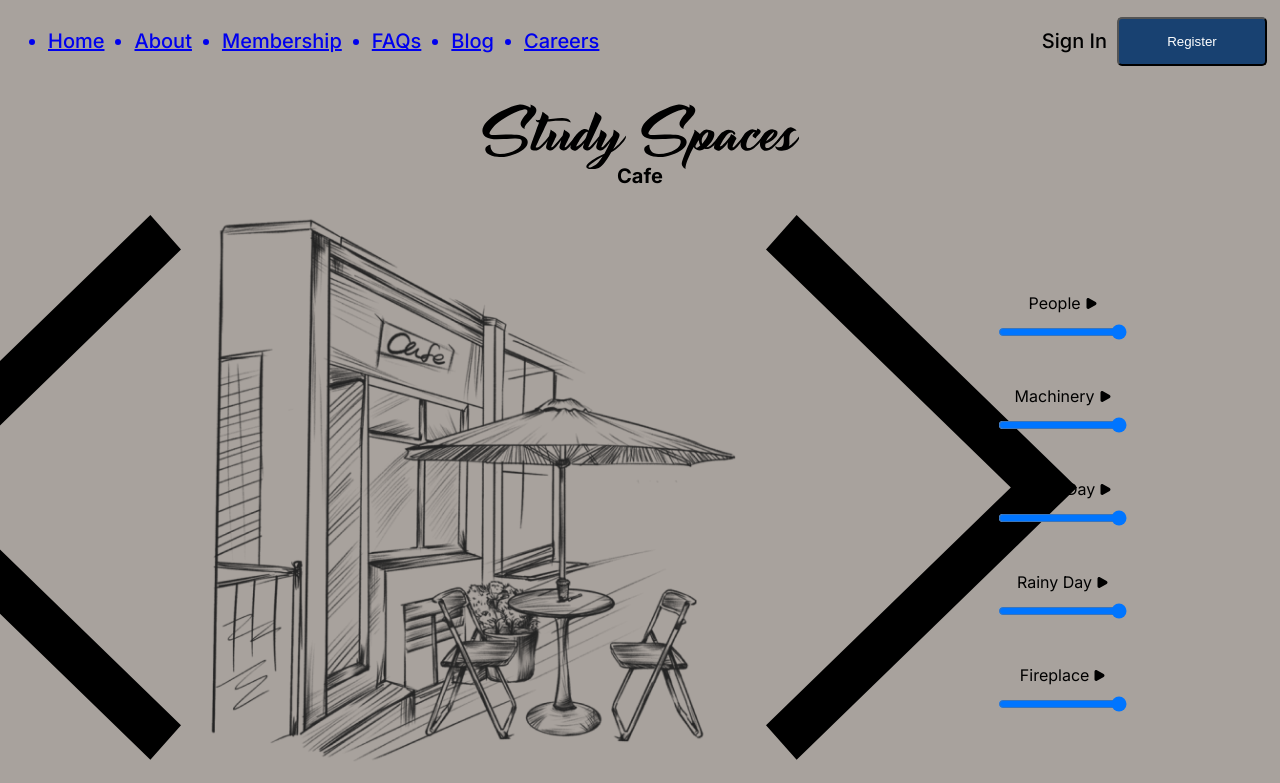
Repository: kaitlynlie/studyspaces
Page: / (app in studyspaces/)
These files come from the project's save history. The page is drawn as it stood at one moment and after the next save; the edit follows.
The browser window is 1280 px wide. The pictures show the whole page.
The project was rebuilt for these pictures with package versions that can differ from the ones it lists, and the page was loaded fresh each time. Also part of the build but not shown: studyspaces/vite.config.ts. Imported but missing from the stored project, and not drawn on this page: studyspaces/src/audio/fireplace.wav, studyspaces/src/audio/people.wav, studyspaces/src/audio/rain.wav, studyspaces/src/audio/softmachinery.mp3, studyspaces/src/audio/sun.wav.

Above is the page before, as saved 2023-09-28 10:50:10.

After the next save:
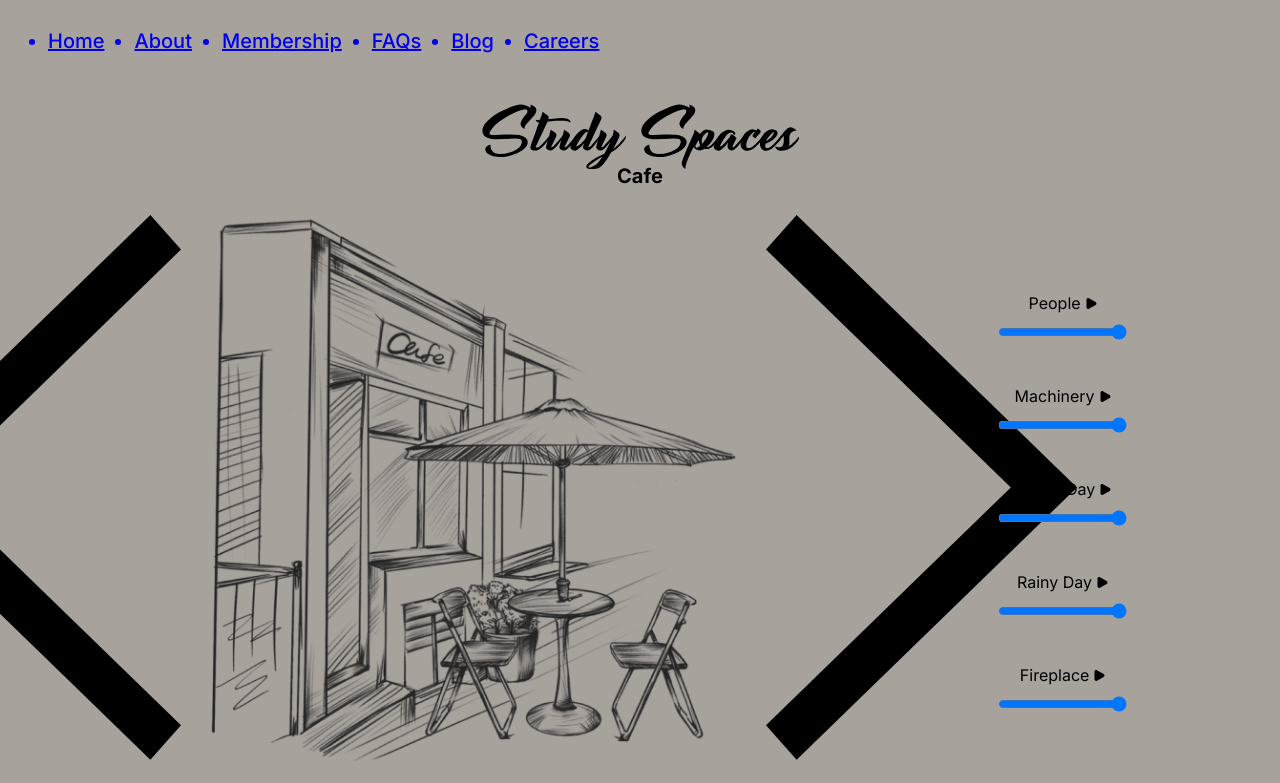
Saved 18 s later.
--- a/studyspaces/src/pages/Navbar.tsx
+++ b/studyspaces/src/pages/Navbar.tsx
@@ -28,14 +28,14 @@ const Navbar = () => {
       </ul>
     </div>
 
-    <div className={clsx(styles.signin)}>
+    {/* <div className={clsx(styles.signin)}>
       <p>Sign In</p>
       <button
         type="button"
         className={clsx(styles.button)}>
         Register
       </button>
-    </div>
+    </div> */}
 
     <div className={clsx(styles.toggle)}>
         {toggleMenu
